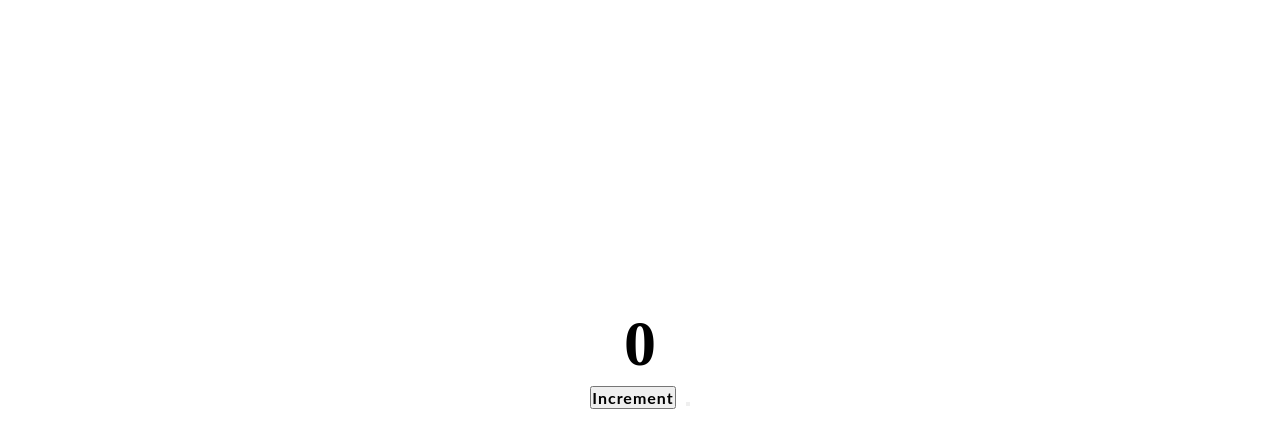
Repository: Ellisvelandia/react_introduction_test
Page: /
These files come from the project's save history. The page is drawn as it stood at one moment and after the next save; the edit follows.
The browser window is 1280 px wide. The pictures show the whole page.
The project was rebuilt for these pictures with package versions that can differ from the ones it lists, and the page was loaded fresh each time. Also part of the build but not shown: src/index.css.

Above is the page before, as saved 2022-08-15 19:59:09.

### src/App.js
import "./App.css";
import React, { useState } from "react";

const App = () => {
  const [num, changeNum] = useState(0);

  const incrementNum = () => {
    changeNum(num + 2);
  };

  const decrementNum = () => {
    if (num - 1 < 0) {
      alert(`you can't decrease than 0`);
    } else {
      changeNum(num - 2);
    }
  };

  return (
    <>
      <div className="container">
        <h1>{num}</h1>
        <button onClick={incrementNum}><span className="mas">Increment</span></button>
        <button onClick={decrementNum}><span className="mas"></span></button>
      </div>
    </>
  );
};

export default App;

### src/App.css
* {
  margin: 0;
  padding: 0;
  box-sizing: border-box;
}

body {
  width: 100%;
  height: 100vh;
  display: flex;
  justify-content: center;
  align-items: center;
  flex-direction: column;
}

.container {
  align-self: center;
}

h1 {
  text-align: center;
  font-size: 4rem;
}

button {
  font-size: 1rem;
  margin: 5px;
  font-family: "Lato", sans-serif;
  font-weight: 300;
  letter-spacing: 1px;
  font-weight: bold;
}

Loaded but not shown: public/index.html (common file); src/index.js (common file); src/reportWebVitals.js (common file)

After the next save:
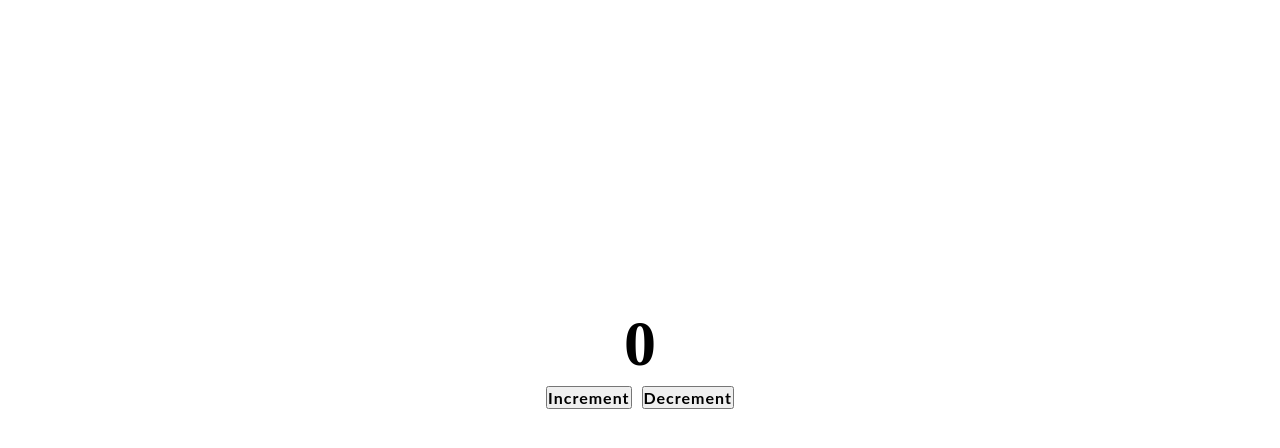
Saved 5 s later.
--- a/src/App.js
+++ b/src/App.js
@@ -20,8 +20,8 @@ const App = () => {
     <>
       <div className="container">
         <h1>{num}</h1>
-        <button onClick={incrementNum}><span className="mas">Increment</span></button>
-        <button onClick={decrementNum}><span className="mas"></span></button>
+        <button onClick={incrementNum}>Increment</button>
+        <button onClick={decrementNum}>Decrement</button>
       </div>
     </>
   );
